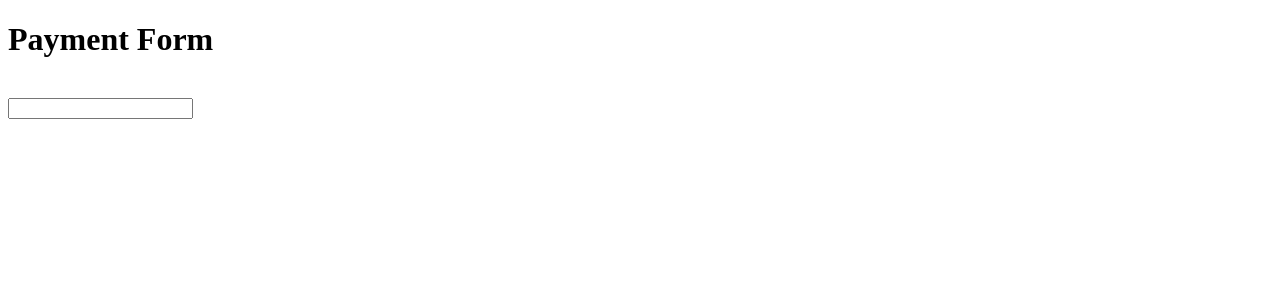
Repository: 10-2-pursuit/lab-intro-to-forms
Page: index.html
These files come from the project's save history. The page is drawn as it stood at one moment and after the next save; the edit follows.
The browser window is 1280 px wide. The pictures show the whole page.

Above is the page before, as saved 2023-06-13 21:06:29.

### index.html
<!DOCTYPE html>
<html lang="en">
<head>
    <meta charset="UTF-8">
    <meta name="viewport" content="width=device-width, initial-scale=1.0">
    <title>Payment Form</title>
</head>
<body>
    <h1>Payment Form</h1>
    <br>
    <input type=""




</body>
</html>

After the next save:
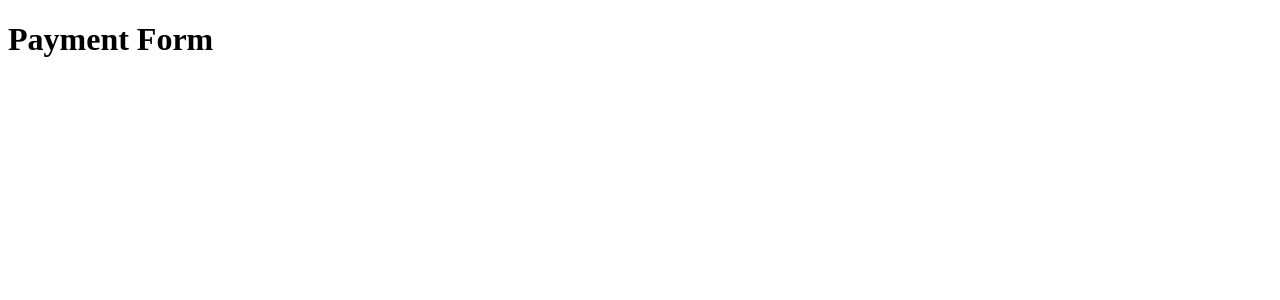
Saved 17 s later.
--- a/index.html
+++ b/index.html
@@ -8,7 +8,7 @@
 <body>
     <h1>Payment Form</h1>
     <br>
-    <input type=""
+
 
 
 
